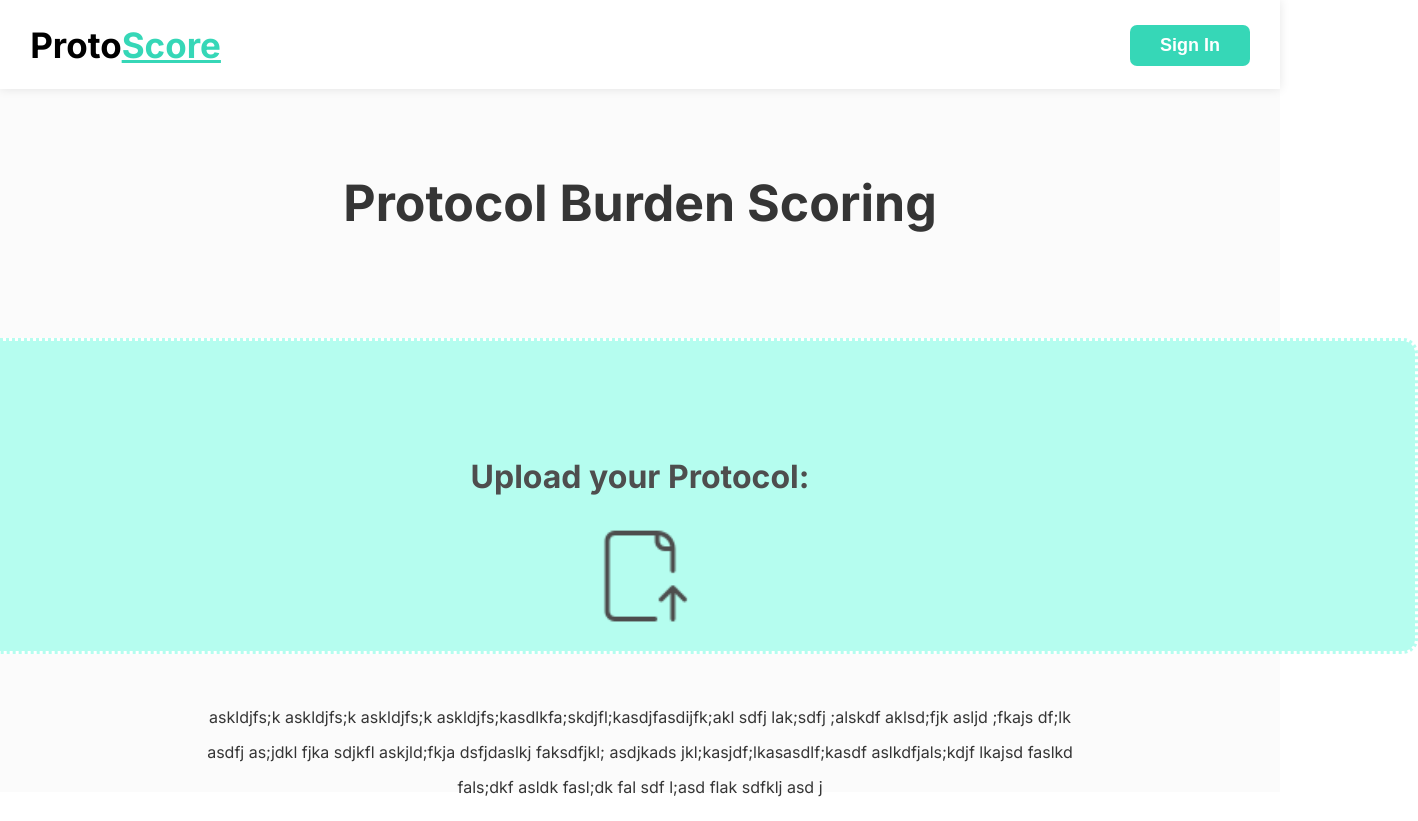
Repository: evanc108/Regeneron2024
Page: / (app in regeneron/)
These files come from the project's save history. The page is drawn as it stood at one moment and after the next save; the edit follows.
The browser window is 1280 px wide. The page is 1418 px wide, so the pictures cover 1418 px, including what lies to the right of the window. The pictures show the whole page.
The project was rebuilt for these pictures with package versions that can differ from the ones it lists, and the page was loaded fresh each time.

Above is the page before, as saved 2024-05-14 03:20:52.

After the next save:
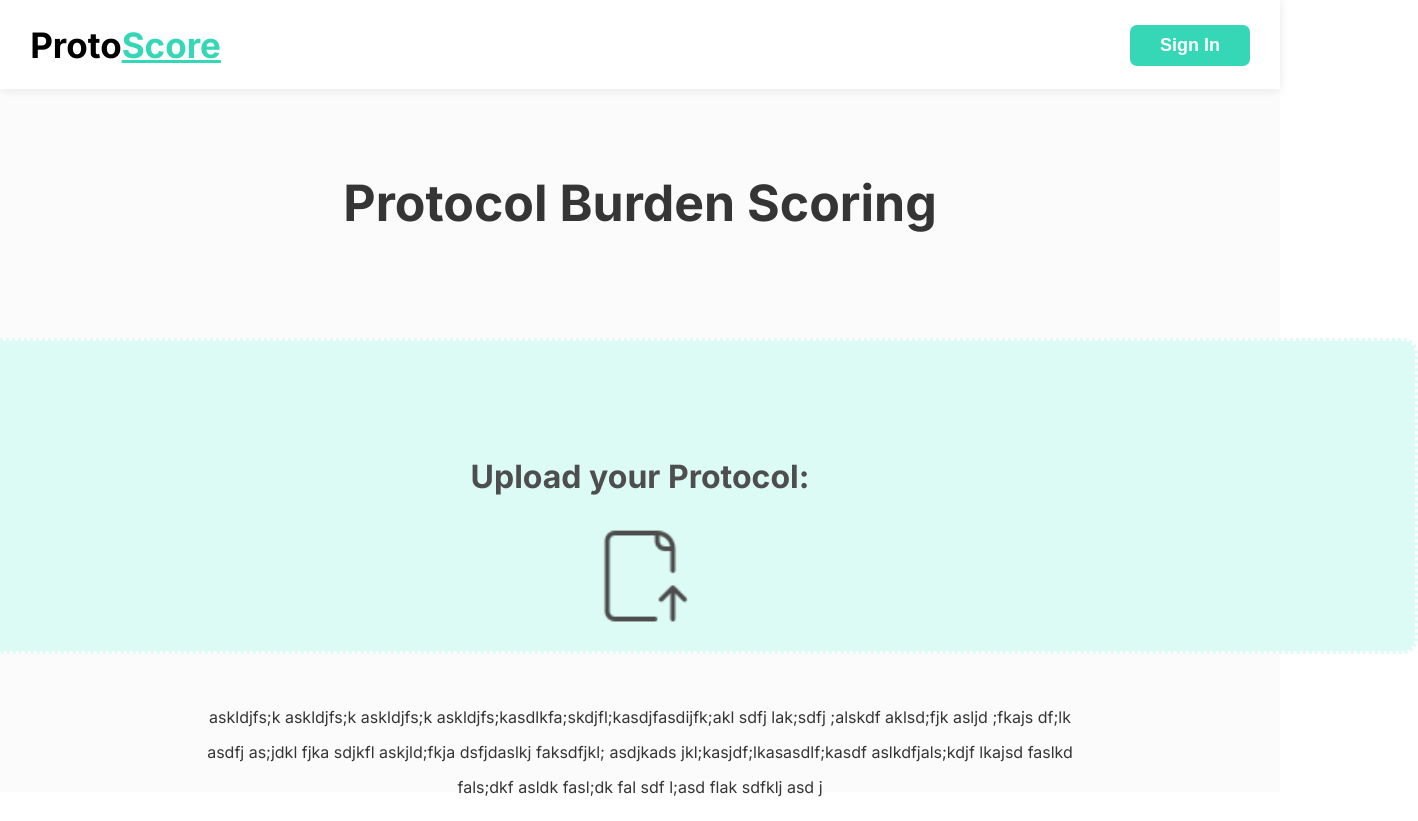
Saved 5 s later.
--- a/regeneron/src/styles/feedback.css
+++ b/regeneron/src/styles/feedback.css
@@ -28,7 +28,7 @@
     margin-bottom: 30px;
     border-radius: 15px;
     background-color:
-    #b5fdef;
+    #dcfbf5;
     overflow: hidden;
     padding-top: 10.5%;
     cursor: pointer;
